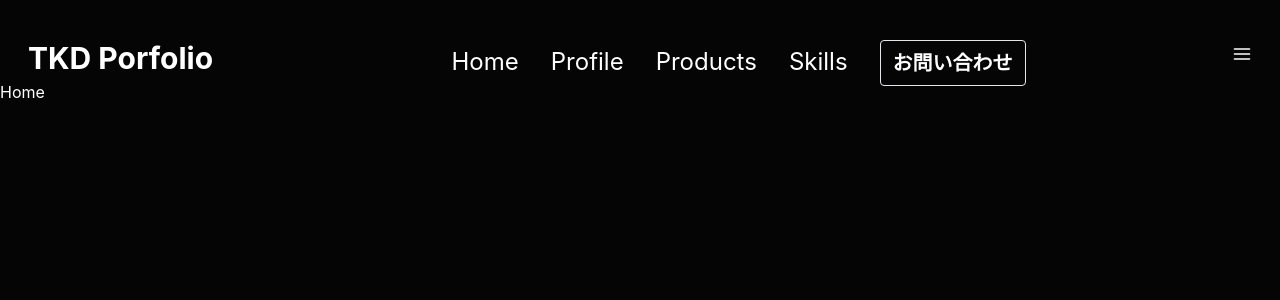
Repository: MitukiTakada/todo-aplication
Page: / (app in design/dev/react-tailwind/react-tailwind/)
An editor plug-in stored every save of this project. The page is shown before and after a run of saves, followed by the edit.
The browser window is 1280 px wide. The pictures show the whole page.
The project was rebuilt for these pictures with package versions that can differ from the ones it lists, and the page was loaded fresh each time. Also part of the build but not shown: design/dev/react-tailwind/react-tailwind/src/components/Products.jsx, design/dev/react-tailwind/react-tailwind/src/components/Profile.jsx, design/dev/react-tailwind/react-tailwind/src/components/Skills.jsx.

Above is the page before, as saved 2022-11-16 08:31:47.

### design/dev/react-tailwind/react-tailwind/public/index.html
<!DOCTYPE html>
<html lang="en">
  <head>
    <meta charset="utf-8" />
    <link rel="icon" href="%PUBLIC_URL%/favicon.ico" />
    <meta name="viewport" content="width=device-width, initial-scale=1" />
    <meta name="theme-color" content="#000000" />
    <meta
      name="description"
      content="Web site created using create-react-app"
    />
    <link rel="apple-touch-icon" href="%PUBLIC_URL%/logo192.png" />
    <link rel ="stylesheet" href="https://cdnjs.cloudflare.com/ajax/libs/font-awesome/5.15.3/css/all.min.css">
    <!--
      manifest.json provides metadata used when your web app is installed on a
      user's mobile device or desktop. See https://developers.google.com/web/fundamentals/web-app-manifest/
    -->
    <link rel="manifest" href="%PUBLIC_URL%/manifest.json" />
    <!--
      Notice the use of %PUBLIC_URL% in the tags above.
      It will be replaced with the URL of the `public` folder during the build.
      Only files inside the `public` folder can be referenced from the HTML.

      Unlike "/favicon.ico" or "favicon.ico", "%PUBLIC_URL%/favicon.ico" will
      work correctly both with client-side routing and a non-root public URL.
      Learn how to configure a non-root public URL by running `npm run build`.
    -->
    <title>React App</title>
  </head>
  <body>
    <noscript>You need to enable JavaScript to run this app.</noscript>
    <div id="root"></div>
    <!--
      This HTML file is a template.
      If you open it directly in the browser, you will see an empty page.

      You can add webfonts, meta tags, or analytics to this file.
      The build step will place the bundled scripts into the <body> tag.

      To begin the development, run `npm start` or `yarn start`.
      To create a production bundle, use `npm run build` or `yarn build`.
    -->
  </body>
</html>

### design/dev/react-tailwind/react-tailwind/src/index.jsx
import React from 'react';
import ReactDOM from 'react-dom/client';
import './index.css';
import App from './App';
import reportWebVitals from './reportWebVitals';
import { BrowserRouter } from 'react-router-dom';
import { ChakraProvider } from '@chakra-ui/provider';

const root = ReactDOM.createRoot(document.getElementById('root'));
root.render(
  <React.StrictMode>
    <BrowserRouter>
        <ChakraProvider>
          <App />
        </ChakraProvider>
    </BrowserRouter>
  </React.StrictMode>
);

// If you want to start measuring performance in your app, pass a function
// to log results (for example: reportWebVitals(console.log))
// or send to an analytics endpoint. Learn more: https://bit.ly/CRA-vitals
reportWebVitals();

### design/dev/react-tailwind/react-tailwind/src/App.jsx
import { BrowserRouter, Routes, Route } from "react-router-dom";
import Header from "./components/Header";
import Home from "./components/Home";
import Products from "./components/Products";
import Profile from "./components/Profile";
import Skills from "./components/Skills";


function App() {
  return (
    <div className="h-screen bg-body text-white w-full">
     <Header />
      <Routes>
        <Route path="/" element={<Home />}/>
        <Route path="/prfole" element={<Profile />}/>
        <Route path="products" element={<Products />}/>
        <Route path="/skills" element={<Skills />}/>
      </Routes>
    </div>
  );
}

export default App;

### design/dev/react-tailwind/react-tailwind/src/components/Header.jsx
import React from 'react'
import { Link } from 'react-router-dom'
import "./output.css"
import {HamburgerIcon} from "@chakra-ui/icons"

const Header = () => {
  return (
    <header className="h-20 flex justify-between px-7 py-10 w-full">
      <div>
        <h2 className="text-3xl font-bold">TKD Porfolio</h2>
      </div>
      <nav className="flex space-x-8 text-2xl ml-8 items-center hidden sm:block">
        <Link to={"/home"} className="link">Home</Link>
        <Link to={"/profile"} className="link">Profile</Link>
        <Link to={"/products"} className="link">Products</Link>
        <Link to={"/skills"} className="link">Skills</Link>
        <a href="#contact" className="ml-5">
          <button className="contact-btn">お問い合わせ</button>
        </a>
      </nav>
      <div className="">
        <HamburgerIcon h={20} w={20}/>
      </div>
    </header>
  )
}

export default Header

### design/dev/react-tailwind/react-tailwind/src/components/output.css
.link {
  @apply hover:text-purple-400 transition-all duration-300;
}
.contact-btn {
  @apply bg-transparent font-bold text-xl px-3 py-2 rounded border
}

### design/dev/react-tailwind/react-tailwind/tailwind.config.js
/** @type {import('tailwindcss').Config} */
module.exports = {
  content: [
    "./src/**/*.{js,jsx,ts,tsx}",
  ],
  theme: {
    extend: {
      colors: {
        body: "#050505",
      },
    },
  },
  plugins: [],
}

Loaded but not shown: design/dev/react-tailwind/react-tailwind/src/index.css (common file); design/dev/react-tailwind/react-tailwind/src/reportWebVitals.js (common file); design/dev/react-tailwind/react-tailwind/src/components/Home.jsx (common file)

After the next 2 saves:
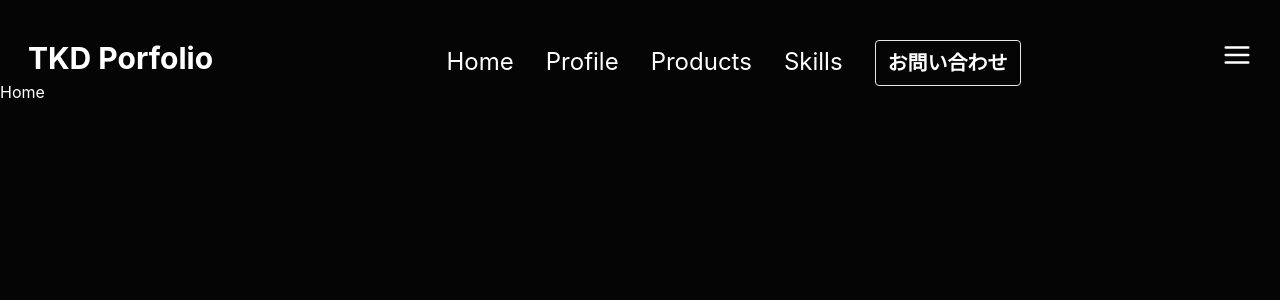
The 2 saves are shown as one change because they came seconds apart.
The last was saved 7 s later.
--- a/design/dev/react-tailwind/react-tailwind/src/components/Header.jsx
+++ b/design/dev/react-tailwind/react-tailwind/src/components/Header.jsx
@@ -19,7 +19,7 @@ const Header = () => {
         </a>
       </nav>
       <div className="">
-        <HamburgerIcon h={20} w={20}/>
+        <HamburgerIcon h={30} w={30}/>
       </div>
     </header>
   )
